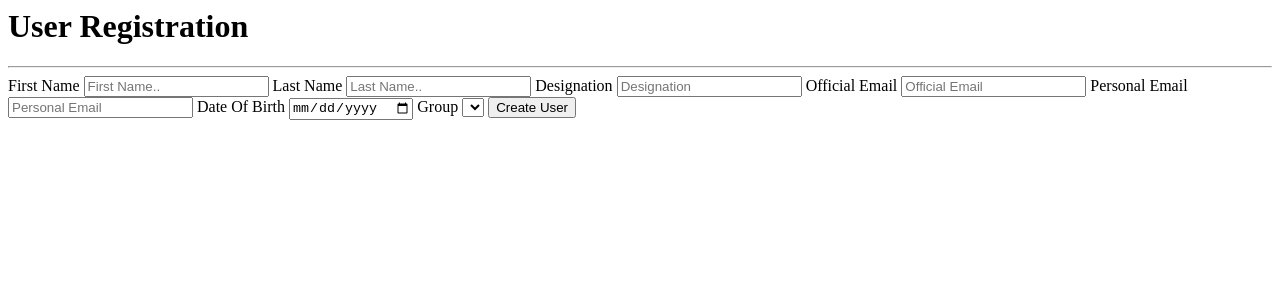
Repository: praveenshetg/GOLDEN-ROD
Page: Duolingo/papi-front/WebContent/view/user_registration.html
The author's editor kept a copy of each file at every save. The page is drawn from the files as they stood at one save, then again after the next save.
The browser window is 1280 px wide. The pictures show the whole page.

Above is the page before, as saved 2018-05-08 06:33:04.
Console error: SyntaxError: missing ) after argument list

### Duolingo/papi-front/WebContent/view/user_registration.html


<html>

<body>

<div class="form-div">
<H1><i class="fa fa-user"></i> User Registration</H1>
	<hr>
  <form action="" id="user-reg-form">
    <label for="fname">First Name</label>
    <input type="text" id="fname" name="firstname" id="fName" placeholder="First Name..">
 <label for="fname">Last Name</label>
    <input type="text" id="fname" name="lastname" id="lName" placeholder="Last Name..">
     <label for="fname">Designation</label>
    <input type="text" id="fname" name="designation" id="age" placeholder="Designation ">
         <label for="fname">Official Email</label>
    <input type="text" id="fname" name="oemail" id="age" placeholder="Official Email">
         <label for="fname">Personal Email</label>
    <input type="text" id="fname" name="pemail" id="age" placeholder="Personal Email">
     <label for="fname">Date Of Birth</label>
    <input type="date" id="fname" name="dob"  id ="dob" placeholder="Date Of Birth..">
    <label for="fname">Group</label>
    <select name="group" id="group_id">
				</select>
    <input type="submit" value="Create User" id="create-user-btn">
<!--      <div id="create-user-btn" class="pw-submit-btn">Submit</div> -->
  </form>
</div>

</body>
<script type="text/javascript">
$('#user-reg-form').submit(function(e) {
	e.preventDefault();
});
$("#create-user-btn").click(function(){
	var data = '{"fName":"'
		+ $("#sc-subject").val()
		+ '","lName":"'
		+ $("#sc-desc").val()
		+ '","oEmail":"'
		+ $("#sc-date").val()
		+ '","pEmail":"'
		+ $("#sc-date").val()
		+ '","designation":"'
		+ $("#sc-desc").val()
		+ '","gender":"'
		+ $("#sc-date").val()
		+ '","phone":"'
		+ $("#sc-date").val()
		+ '","organization":"'
		+ $("#sc-desc").val()
		+ '","dob":"'
		+ $("#sc-date").val()
		+ '","phone":"'
		+ $("#sc-date").val()
		+ '"}';
}
	$.ajax({
		  method: "POST",
		  url: projectDetails.url+""+projectDetails.restappname+"/user/addUser/"+$("#group_id").val(),
		  dataType: "json",
		    contentType: "application/json",
		  data: '{"fName":"'+$("#pw_grp_name").val()+',"
			  +"lName":"'+$("#lName").val()+'"}'
		})
		.done(function( msg ) {
			showSnackBar("User Created Successfully !!!")
		}).error(function( msg ) {
			showSnackBar("User save failed !!!")
		});;

});

generateGroupNamesOptions('group_id');

</script>

</html>

After the next save:
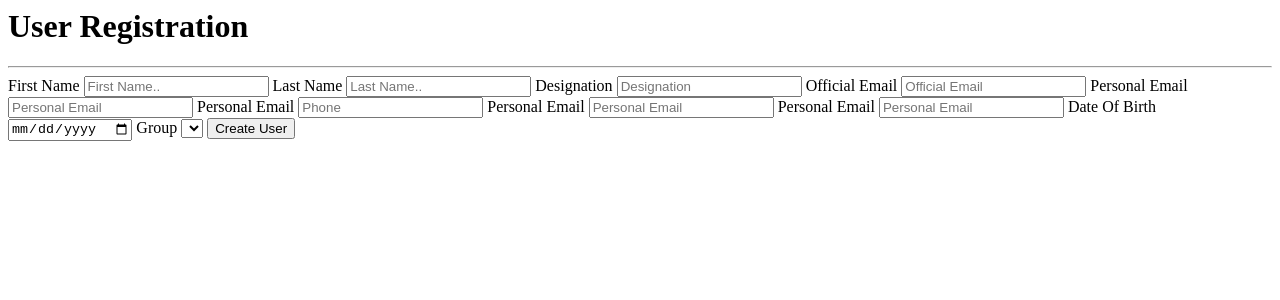
Saved 70 s later.
--- a/Duolingo/papi-front/WebContent/view/user_registration.html
+++ b/Duolingo/papi-front/WebContent/view/user_registration.html
@@ -16,6 +16,12 @@
     <input type="text" id="fname" name="designation" id="age" placeholder="Designation ">
          <label for="fname">Official Email</label>
     <input type="text" id="fname" name="oemail" id="age" placeholder="Official Email">
+         <label for="fname">Personal Email</label>
+    <input type="text" id="fname" name="pemail" id="age" placeholder="Personal Email">
+         <label for="fname">Personal Email</label>
+    <input type="text" id="fname" name="phone" id="phone" placeholder="Phone">
+         <label for="fname">Personal Email</label>
+    <input type="text" id="fname" name="pemail" id="age" placeholder="Personal Email">
          <label for="fname">Personal Email</label>
     <input type="text" id="fname" name="pemail" id="age" placeholder="Personal Email">
      <label for="fname">Date Of Birth</label>
@@ -52,7 +58,7 @@ $("#create-user-btn").click(function(){
 		+ $("#sc-desc").val()
 		+ '","dob":"'
 		+ $("#sc-date").val()
-		+ '","phone":"'
+		+ '","aboutYou":"'
 		+ $("#sc-date").val()
 		+ '"}';
 }
